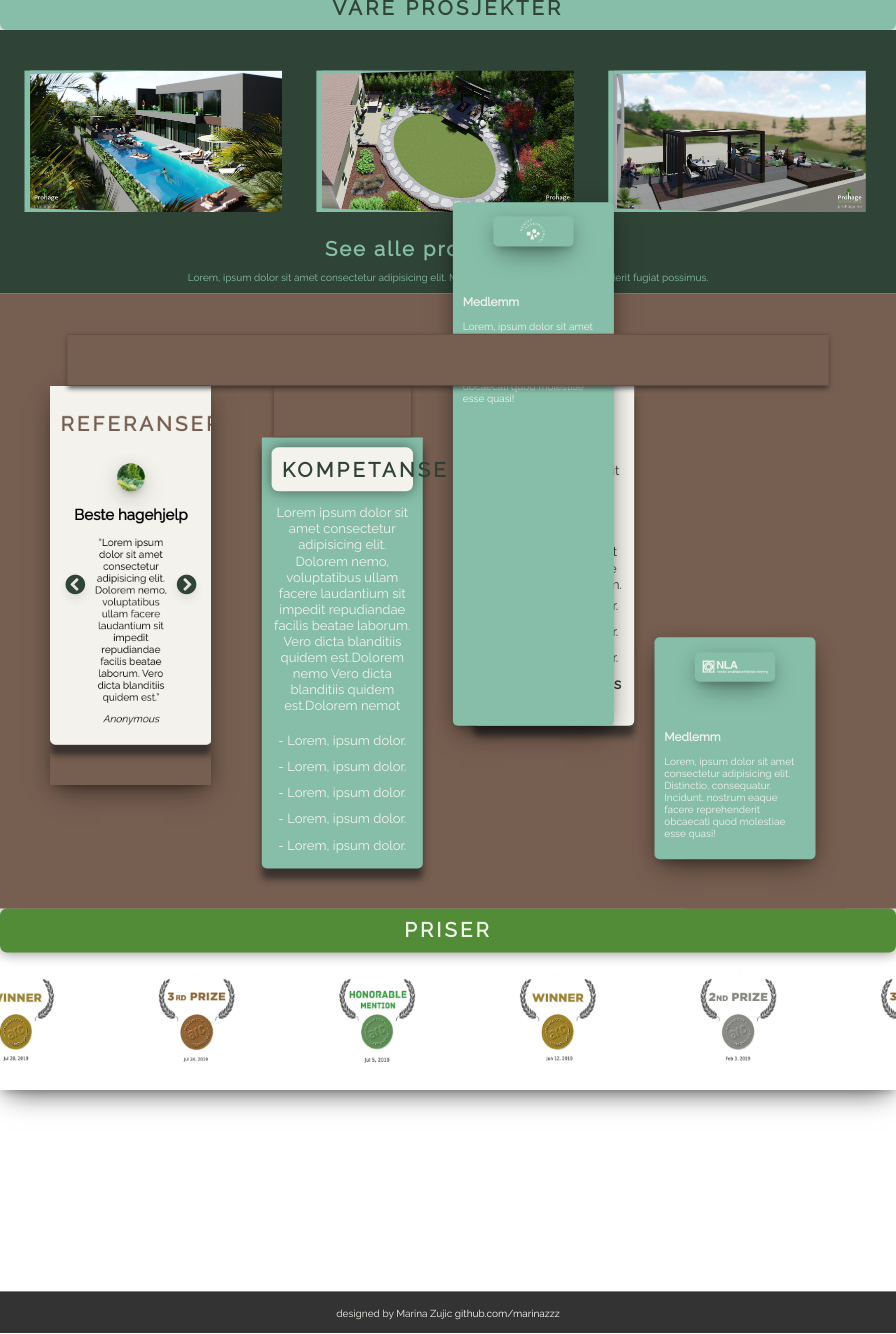
Repository: marinazzz/garden-design-website
Page: index.html
The author's editor kept a copy of each file at every save. The page is drawn from the files as they stood at one save, then again after the next save.
The browser window is 1280 px wide. The pictures show the part of the page from y = 1607 to 3527 px (the page is 3512 px tall before and 3527 px after), at 70% of full size.

Above is the page before, as saved 2020-04-10 14:37:37.

### index.html
<!DOCTYPE html>
<html lang="nb">

<head>
  <title>Hagedesign Oslo</title>
  <link rel="stylesheet"
        type="text/css"
        href="CSS/fontawesome-free-5.12.1-web/css/all.min.css">
  <link rel="stylesheet"
        type="text/css"
        href="CSS/style.css" />
  <link rel="stylesheet"
        type="text/css"
        href="CSS/min-width-768px.css">
  <link rel="stylesheet"
        type="text/css"
        href="CSS/min-width-992px.css">
  <link rel="stylesheet"
        type="text/css"
        href="PLUGINS/glide-master/dist/css/glide.core.min.css" />
  <link rel="stylesheet"
        type="text/css"
        href="PLUGINS/glide-master/dist/css/glide.theme.min.css" />
  <link href="https://fonts.googleapis.com/css?family=Raleway&display=swap"
        rel="stylesheet">
  <meta name="viewport"
        content="width=device-width, initial-scale=1"
        charset="UTF-8">
</head>

<body>
  <header>
      <div class="container__menu--small">
        <!--grid container-->
        <div class="container__logo">
          <!--1.column-->
          <img class="logo"
               src="images/BD-hagedesign-500px.png"
               alt="BD hagedseign logo">
        </div>
        <div class="container__items--small container__items">
          <!--2.column-->
          <div class="container__item">
            <!--1.row-->
            <a href="mailto:info@prohage.no"
               class="container__item-txt"><i class="far fa-envelope"></i>info@prohage.no</a>
            <a href="tlf:45511111"
               class="container__item-txt"><i class="fas fa-phone"></i>45511111</a>
          </div>
          <div class="container__item-bottom">
            <!--2.row-->
            <button class="menu__toggle">
              <i class="fas fa-bars"></i>
            </button>
            <nav id="menu">
              <ul class="menu__list">
                <li class="menu__item">
                  <a class="menu__link"
                     href="home">Home</a>
                </li>
                <li class="menu__item">
                  <a class="menu__link"
                     href="#services">Våre tjenester</a>
                </li>
                <li class="menu__item">
                  <a class="menu__link"
                     href="#gallery">Galleri</a>
                </li>
                <li class="menu__item">
                  <a class="menu__link"
                     href="#about">Om oss</a>
                </li>
                <li class="menu__item">
                  <a class="menu__link"
                     href="#blog">Blogg</a>
                </li>
                <li class="menu__item">
                  <a class="menu__link"
                     href="kontakt">Kontakt</a>
                </li>
              </ul>
            </nav>
          </div>
        </div>
      </div>
    <section id="main-photo">
      <div class="glide">
        <div class="glide__track"
             data-glide-el="track">
          <ul class="glide__slides">
            <li class="glide__slide">
              <img class="main-photo__item"
                   srcset="images/daylight-environment-garden-2000.jpg 2000w,
                                         images/daylight-environment-garden-1000.jpg 1000w"
                   sizes="(min-width: 1440px) 2000px, 100vw"
                   src="images/daylight-environment-garden-2000.jpg"
                   alt="Garden and plants" />
              <h1 class="main-photo__title">Profesjonell hagehjelp</h1>
            </li>
            <li class="glide__slide">
              <img class="main-photo__item"
                   srcset="images/main-header-photo-2000.jpg 2000w,
                                          images/main-header-photo-1000.jpg 1000w"
                   sizes="(min-width: 1440px) 2000px, 100vw"
                   src="images/main-header-photo-2000.jpg"
                   alt="Garden and plants" />
              <h1 class="main-photo__title">Ta kontakt allerede idag</h1>
            </li>
            <li class="glide__slide">
              <img class="main-photo__item"
                   srcset="images/header-photo-2000.jpg 2000w,
                                         images/header-photo-1000.jpg 1000w"
                   sizes="(min-width: 1440px) 2000px, 100vw"
                   src="images/header-photo-2000.jpg"
                   alt="Garden designed by proffesional" />
              <h1 class="main-photo__title">Rådgiving og tipser</h1>
            </li>
            <li class="glide__slide">
              <img class="main-photo__item"
                   srcset="images/bloom-blooming-blur-2000.jpg 2000w,
                                         images/bloom-blooming-blur-1000.jpg 1000w"
                   sizes="(min-width: 1440px) 2000px, 100vw"
                   src="images/bloom-blooming-blur-2000.jpg"
                   alt="Garden designed by proffesional" />
              <h1 class="main-photo__title">Følg vår hageblogg</h1>
            </li>
          </ul>
        </div>
      </div>
    </section>
  </header>
  <main>
    <section id="section__services"
             class="section__container">
      <h1 class="services__title sections__title">Tjenester</h1>
      <div class="container">
        <section class="services__item">
          <div class="item-title__wrapp">
            <i class="fas fa-circle"></i>
            <h2 class="services__item-title">Hagedesign</h2>
          </div>
          <p class="services__txt">Lorem ipsum dolor sit amet consectetur adipisicing elit. Reiciendis, laboriosam.ipsum
            ex aperiam dolores corporis iusto!</p>
          <div class="services__photo__wrapp">
            <img class="services__photo"
                 src="images/Hagedesign.jpg"
                 alt="Hagedesigner tegner" />
            <button class="primary__button services__button">les mer</button>
          </div>
        </section>
        <section class="services__item">
          <div class="item-title__wrapp">
            <i class="fas fa-circle"></i>
            <h2 class="services__item-title">Hagekonsultasjon</h2>
          </div>
          <p class="services__txt">Lorem ipsum dolor sit amet consectetur adipisicing elit. Reiciendis, laboriosam.ipsum
            ex aperiam dolores corporis iusto!</p>
          <div class="services__photo__wrapp">
            <img class="services__photo"
                 src="images/konsultasjon.jpg"
                 alt="Hagekonsultasjon med hagedesigner" />
            <button class="primary__button services__button">les mer</button>
          </div>
        </section>
        <section class="services__item">
          <div class="item-title__wrapp">
            <i class="fas fa-circle"></i>
            <h2 class="services__item-title">Hageskise</h2>
          </div>
          <p class="services__txt">Lorem ipsum dolor sit amet consectetur adipisicing elit. Reiciendis, laboriosam.ipsum
            ex aperiam dolores corporis iusto!</p>
          <div class="services__photo__wrapp">
            <img class="services__photo"
                 src="images/skisse.jpg"
                 alt="Hagedesigner hjelp" />
            <button class="primary__button services__button">les mer</button>
          </div>
        </section>
      </div>
    </section>
    <section id="section__gallery"
             class="section__container">
      <h1 class="gallery__title sections__title">Våre prosjekter</h1>
      <div class="container gallery__wrapp">
        <div class="container gallery__items">
          <div class="gallery__item-wrapp">
            <img class="gallery__item"
                 srcset="images/gallery-photo1-2000.jpg 2000w,
                                     images/gallery-photo1-1000.jpg 1000w"
                 sizes="(min-width: 1440px) 2000px, 100vw"
                 src="images/gallery-photo1-2000.jpg"
                 alt="Hagedesign terrase" />
          </div>
          <div class="gallery__item-wrapp gallery__item-wrapp">
            <img class="gallery__item"
                 srcset="images/gallery-photo2-2000.jpg 2000w,
                                     images/gallery-photo2-1000.jpg 1000w"
                 sizes="(min-width: 1440px) 2000px, 100vw"
                 src="images/gallery-photo2-2000.jpg"
                 alt="Hagedesign terrase" />
          </div>
          <div class="gallery__item-wrapp">
            <img class="gallery__item"
                 srcset="images/gallery-photo3-2000.jpg 2000w,
                                     images/gallery-photo3-1000.jpg 1000w"
                             sizes="(min-width: 1440px) 2000px, 100vw"
                             src="images/gallery-photo3-2000.jpg" alt="Hagedesign terrase" />
                    </div>
                </div>
                <div class="gallery__txt-wrapp">
                    <h2 class="gallery__item-title services__item-title">See alle prosjekter
                        <i class="fas fa-angle-double-right"></i>
                    </h2>
                    <p class="gallery__txt">Lorem, ipsum dolor sit amet consectetur adipisicing elit. Magni neque, ut incidunt reprehenderit fugiat possimus.</p>
                </div>
            </div>
        </section>

        <div class="section__reviews__container">
          <div class="reviews__bg section__container">
            <div class="section__review__top"></div>
              <section id="section__reviews" class="review__wrapp">
                <div class="glide__wrapp">
                  <div class="glide">
                    <div class="glide__track" data-glide-el="track">
                      <ul class="glide__slides">
                        <li class="glide__slide glide__slide--active">
                          <div class="review__items">
                            <h1 class="section__review__title">Referanser</h1>
                                    <img class="review__photo"
                                     src="images/review-picture1.jpg" alt="Hagedesign terrase" />
                                    <h2 class="review__title">Beste hagehjelp</h2>
                                    <blockquote>
                                        <p class="review__txt">Lorem ipsum dolor sit amet consectetur adipisicing elit.
                                           Dolorem nemo, voluptatibus ullam facere laudantium sit impedit repudiandae facilis beatae laborum.
                                           Vero dicta blanditiis quidem est.</p>
                                         <footer class="review__author">Anonymous</footer>
                                    </blockquote>
                                </div>
                            </li>
                            <li class="glide__slide glide__slide--active">
                                <div class="review__items">
                                    <img class="review__photo"
                                     src="images/review-picture2.jpg" alt="Hagedesign terrase" />
                                    <h2 class="review__title">Tussen takk</h2>
                                    <blockquote>
                                        <p class="review__txt">Lorem ipsum dolor sit amet consectetur adipisicing elit.
                                           Dolorem nemo, voluptatibus ullam facere laudantium sit impedit repudiandae facilis beatae laborum.
                                           Vero dicta blanditiis quidem est.</p>
                                         <footer class="review__author">Anonymous</footer>
                                    </blockquote>
                                </div>
                            </li>
                            <li class="glide__slide glide__slide--active">
                                <div class="review__items">
                                    <img class="review__photo"
                                     src="images/review-picture3.jpg" alt="Hagedesign terrase" />
                                    <h2 class="review__title">Anbefaler</h2>
                                    <blockquote>
                                        <p class="review__txt">Lorem ipsum dolor sit amet consectetur adipisicing elit.
                                           Dolorem nemo, voluptatibus ullam facere laudantium sit impedit repudiandae facilis beatae laborum.
                                           Vero dicta blanditiis quidem est.</p>
                                         <footer class="review__author">Anonymous</footer>
                                    </blockquote>
                                </div>
                            </li>
                          </ul>
                        </div>
                        <div class="glide__arrows"
                                 data-glide-el="controls">
                                <button class="glide__arrow glide__arrow--left"
                                        data-glide-dir="<">
                                    <i class="fas fa-chevron-circle-left"></i>
                                </button>
                                <button class="glide__arrow glide__arrow--right"
                                        data-glide-dir=">">
                                    <i class="fas fa-chevron-circle-right"></i>
                                </button>
                            </div>
                     </div>
                  </div>
              </section>
              <section id="section__about" class="review__wrapp">
                <div class="section__review__top"></div>
                <div class="review__items">
                  <h1 class="reviews__title sections__title">Kompetanse</h1>
                      <p class="about__txt">Lorem ipsum dolor sit amet consectetur adipisicing elit.
                        Dolorem nemo, voluptatibus ullam facere laudantium sit impedit repudiandae facilis beatae laborum.
                        Vero dicta blanditiis quidem est.Dolorem nemo Vero dicta blanditiis quidem est.Dolorem nemot</p>
                          <ul class="about__list">
                              <li class="about__list__item">
                                  <a class="item__link" href="#om-oss">Lorem, ipsum dolor.</a>
                              </li>
                              <li class="about__list__item">
                                  <a class="item__link" href="#om-oss">Lorem, ipsum dolor.</a>
                              </li>
                              <li class="about__list__item">
                                  <a class="item__link" href="#om-oss">Lorem, ipsum dolor.</a>
                              </li>
                              <li class="about__list__item">
                                  <a class="item__link" href="#om-oss">Lorem, ipsum dolor.</a>
                              </li>
                              <li class="about__list__item">
                                  <a class="item__link" href="#om-oss">Lorem, ipsum dolor.</a>
                              </li>
                          </ul>
                  </div>
              </section>
              <section id="section__experience" class="review__wrapp">
                <div class="review__items">
                  <h1 class="section__review__title">Erfaring</h1>
                      <p class="experience__txt">Lorem ipsum dolor sit amet consectetur adipisicing elit.
                          Dolorem nemo, voluptatibus ullam facere laudantium sit impedit repudiandae facilis beatae laborum.
                      </p>
                      <ul class="experience__list about__list">
                          <li class="experience__list__item">
                              <a class="experience__link" href="#om-oss">Lorem, ipsum dolor.</a>
                          </li>
                          <li class="experience__list__item">
                              <a class="experience__link" href="#om-oss">Lorem, ipsum dolor.</a>
                          </li>
                          <li class="experience__list__item">
                              <a class="experience__link" href="#om-oss">Lorem, ipsum dolor.</a>
                          </li>
                      </ul>
                          <h2 class="gallery__item-title services__item-title">
                              <a href="" class="experience__link">Les mer om oss</a>
                              <i class="fas fa-angle-double-right"></i>
                          </h2>
                  </div>
              </section>
              <section class="section__member">
                  <div class="section__member__wrapp">
                    <div class="member__photo">
                      <img class="member__photo__el"
                           src="images/NLA-medlem-png.png" alt="" />
                    </div>
                    <div class="member__items">
                      <h3>Medlemm</h3>
                      <p>Lorem, ipsum dolor sit amet consectetur adipisicing elit. Distinctio, consequatur. Incidunt, nostrum eaque facere reprehenderit obcaecati quod molestiae esse quasi!</p>
                    </div>
                  </div>
                  <div class="section__member__wrapp">
                    <div class="member__photo">
                      <img class="member__photo__el"
                           src="images/Norske-hagedesignere-medlem-png.png" alt="" />
                    </div>
                    <div class="member__items">
                      <h3>Medlemm</h3>
                      <p>Lorem, ipsum dolor sit amet consectetur adipisicing elit. Distinctio, consequatur. Incidunt, nostrum eaque facere reprehenderit obcaecati quod molestiae esse quasi!</p>
                    </div>
                  </div>
               </section>
            </div>
        </div>
        <section id="section__awards">
      <h1 class="sections__title services__title">Priser</h1>
          <div class="glide">
            <div class="glide__track" data-glide-el="track">
              <ul class="glide__slides">
                <li class="glide__slide">
                  <img class="section__awards__photo" src="images/awards/1st-2019-award.jpg" alt="" />
                </li>
                <li class="glide__slide">
                  <img class="section__awards__photo" src="images/awards/3rd-prize-2019.jpg" alt="" />
                </li>
                <li class="glide__slide">
                  <img class="section__awards__photo" src="images/awards/HM-2019.jpg" alt="" />
                </li>
                <li class="glide__slide">
                  <img class="section__awards__photo" src="images/awards/1st-2019.jpg" alt="" />
                </li>
                <li class="glide__slide">
                  <img class="section__awards__photo" src="images/awards/2nd-prize-2019.jpg" alt="" />
                </li>
                <li class="glide__slide">
                  <img class="section__awards__photo" src="images/awards/3rd-prize-2016.jpg" alt="" />
                </li>
                <li class="glide__slide">
                  <img class="section__awards__photo" src="images/awards/HM-2016.jpg" alt="" />
                </li>
                <li class="glide__slide">
                  <img class="section__awards__photo" src="images/awards/2nd-prize-2016.jpg" alt="" />
                </li>
                <li class="glide__slide">
                  <img class="section__awards__photo" src="images/awards/3rd-prize-2015.jpg" alt="" />
                </li>
                <li class="glide__slide">
                  <img class="section__awards__photo" src="images/awards/HM-2015.jpg" alt="" />
                </li>
                <li class="glide__slide">
                  <img class="section__awards__photo" src="images/awards/HM-2015-sep.jpg" alt="" />
                </li>
                <li class="glide__slide">
                  <img class="section__awards__photo" src="images/awards/HM-2015-juli.jpg" alt="" />
                </li>
                <li class="glide__slide">
                  <img class="section__awards__photo" src="images/awards/2nd-prize-2015.jpg" alt="" />
                </li>
              </ul>
            </div>
          </div>
        </section>
     </main>
     <footer class="footer__main">
	     <p>designed by Marina Zujic
		     <a href="https://github.com/marinazzz">github.com/marinazzz</a>
	     </p>
     </footer>
     <script src="PLUGINS/glide-master/dist/glide.min.js"></script>
     <script src="JS/js-app.js"></script>
</body>

</html>

### CSS/min-width-992px.css
@media screen and (min-width: 992px) {
    html {
        font-size: 90%;
    }

   /* HEADER */

    .logo {
        max-height: 9rem;
    }

    .container__items {
        width: auto;
    }

    .container__item {
        padding-left: 22rem;;
    }

    .container__item-bottom,
    .container__items {
        padding: 0;
    }

    #menu {
        padding-left: 10rem;
    }

    /* SECTIONS */

    .section__container {
        max-width: 2000px;
        margin: 0 auto;
    }

    /* SECTIONS SERVICES*/

    .services__photo__wrapp > button {
        bottom: -15%;
    }

    /*SECTION GALLERY*/

    .gallery__wrapp {
        justify-content: space-around;
    }

    .services__wrapp {
        padding: 0;
    }

}

@media screen and (min-width: 1440px) {

    /* HEADER */
    .container__menu {
        max-width: 1500px;
        margin: 0 auto;
    }

    .container__item {
        padding-left: 47rem;;
    }

    #menu {
        padding-left: 30rem;
    }


    /* MAIN PHOTO */

    .main-photo__title {
        font-size: 3rem;
        letter-spacing: 0.5rem;
    }
}

@media screen and (min-width: 2560px) {
    html {
        font-size: 100%;
    }

    .logo {
        max-height: 12rem;
    }

    .container__item {
        justify-self: center;
    }

    .container__item > a:first-of-type {
        padding: 0 13rem;
    }

    .container__item-bottom {
        padding: 0 40rem;
    }

    /*content on middle*/

    .container__menu {
        max-width: 2000px;
    }

    .container__item-bottom,
    .container__items {
        padding: 0;
    }

    #menu,
    .container__item {
        padding-left: 50rem;
    }

}

Loaded but not shown: CSS/fontawesome-free-5.12.1-web/css/all.min.css (library); PLUGINS/glide-master/dist/css/glide.core.min.css (common file); PLUGINS/glide-master/dist/css/glide.theme.min.css (common file); PLUGINS/glide-master/dist/glide.min.js (library); JS/js-app.js (58 lines, source omitted); CSS/style.css (604 lines, source omitted); CSS/min-width-768px.css (272 lines, source omitted)

After the next save:
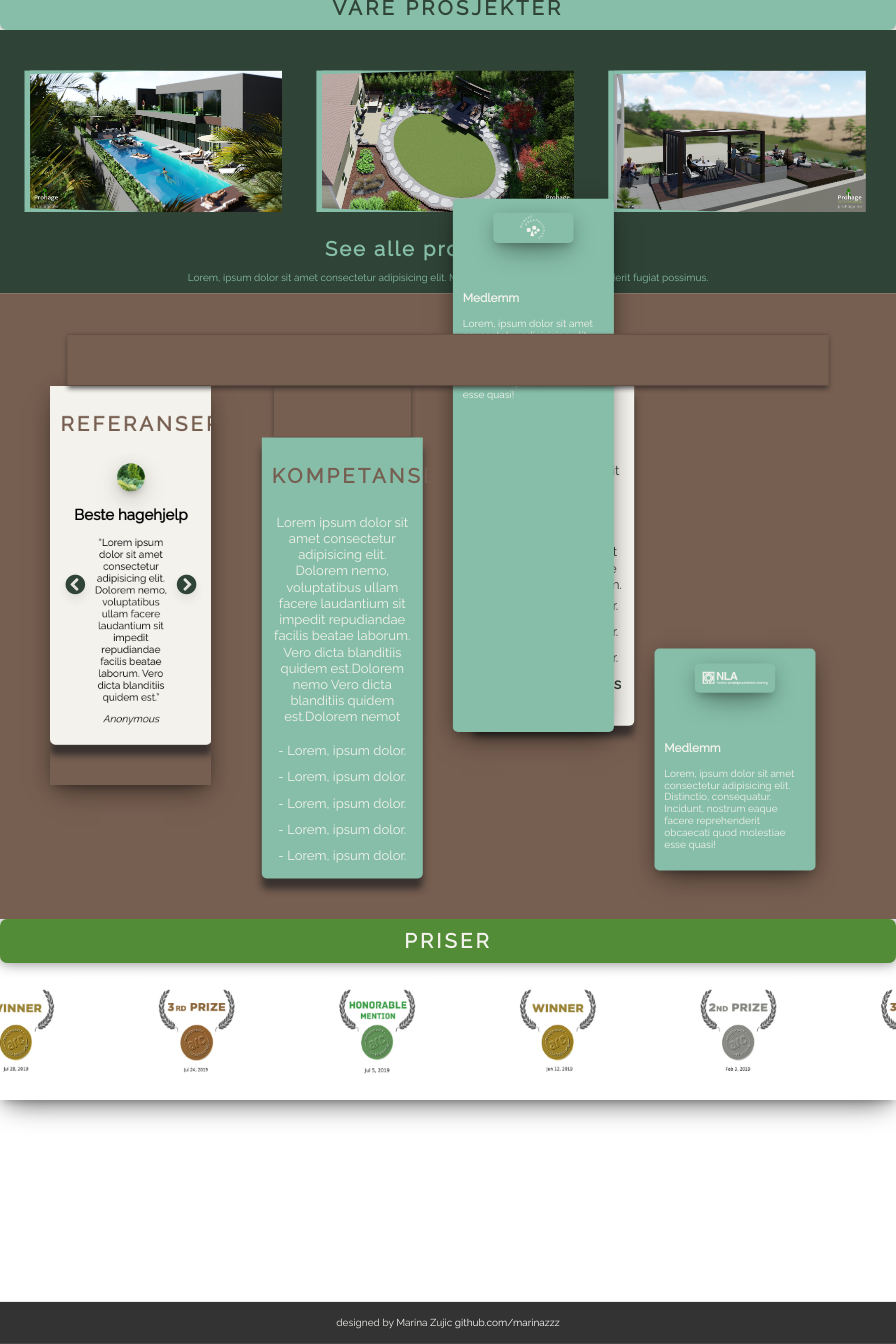
Saved 37 s later.
--- a/index.html
+++ b/index.html
@@ -283,7 +283,7 @@
               <section id="section__about" class="review__wrapp">
                 <div class="section__review__top"></div>
                 <div class="review__items">
-                  <h1 class="reviews__title sections__title">Kompetanse</h1>
+                  <h1 class="section__review__title">Kompetanse</h1>
                       <p class="about__txt">Lorem ipsum dolor sit amet consectetur adipisicing elit.
                         Dolorem nemo, voluptatibus ullam facere laudantium sit impedit repudiandae facilis beatae laborum.
                         Vero dicta blanditiis quidem est.Dolorem nemo Vero dicta blanditiis quidem est.Dolorem nemot</p>
